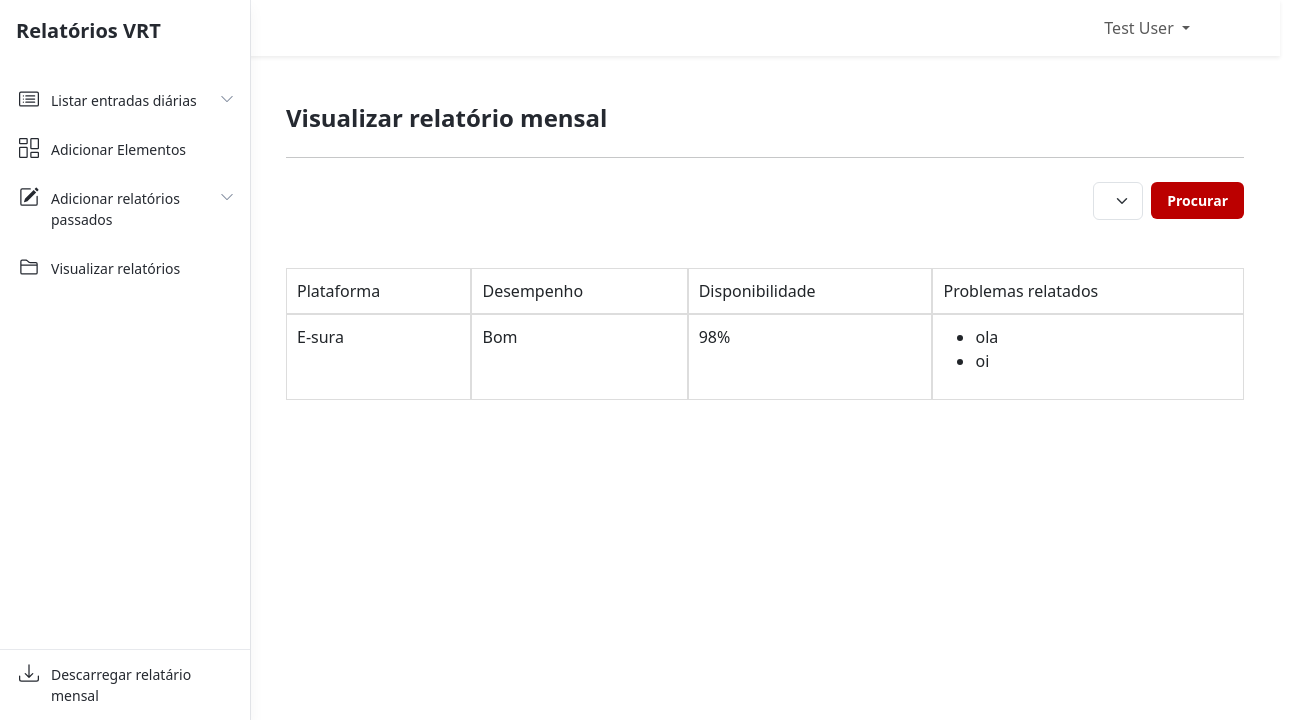
Repository: Yolanda-Marchone/Relatorios
Page: http://localhost/ver_relatorio
These files come from the project's save history. The page is drawn as it stood at one moment and after the next save; the edit follows.
The browser window is 1280 px wide. The page is 1292 px wide, so the pictures cover 1292 px, including what lies to the right of the window. The pictures show the whole page.
The page is served by the project's Laravel application, run on PHP 8.4 with Laravel 10. A made-up administrator, Test User (test@example.com), is signed in. Style sheets and scripts are compiled from the project's sources, by tool versions that may differ from the author's. Queries for data that is not in the repository find no rows.

Above is the page before, as saved 2024-05-23 11:58:48.

After the next save:
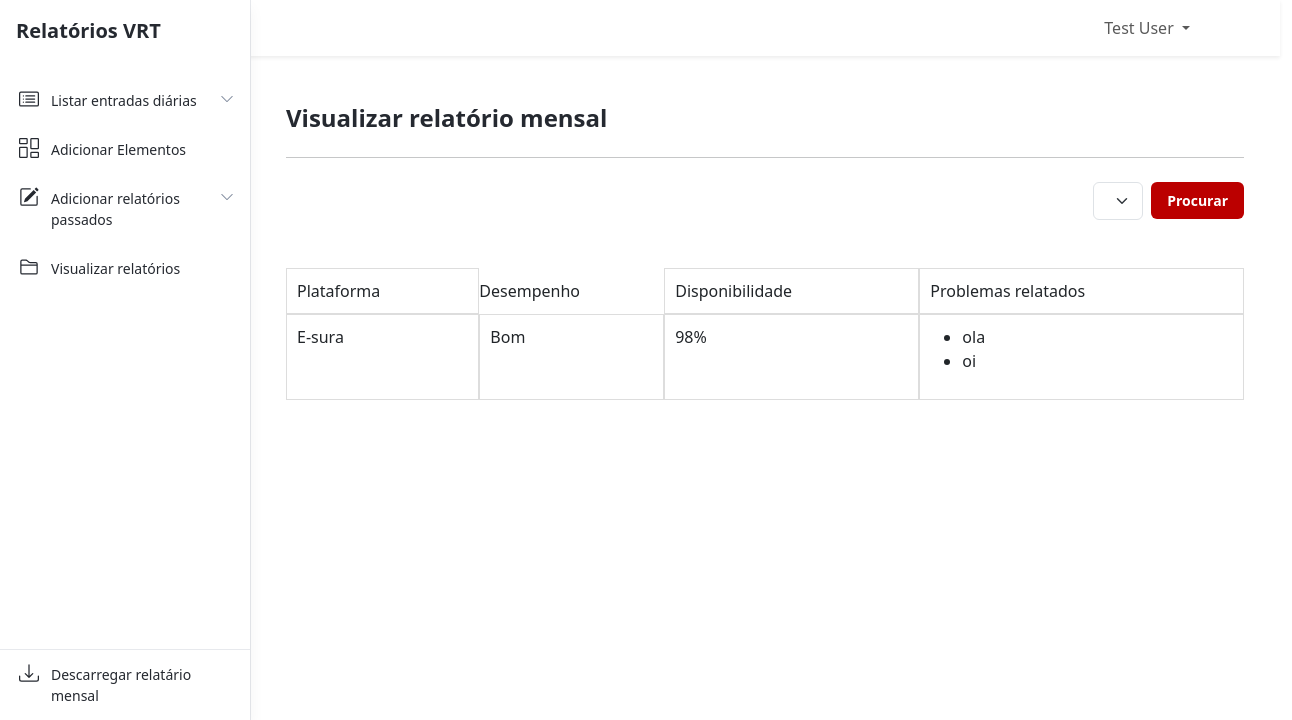
Saved 18 s later.
--- a/resources/views/layouts/ver_relatorios.blade.php
+++ b/resources/views/layouts/ver_relatorios.blade.php
@@ -51,7 +51,7 @@
     <div class="table-desktop">
         <div class="table-row">
             <div class="table-cell">Plataforma</div>
-            <div class="table-cell">Desempenho</div>
+            <div class="table-cell-cente">Desempenho</div>
             <div class="table-cell">Disponibilidade</div>
             <div class="table-cell">Problemas relatados</div>
         </div>

After the save that followed:
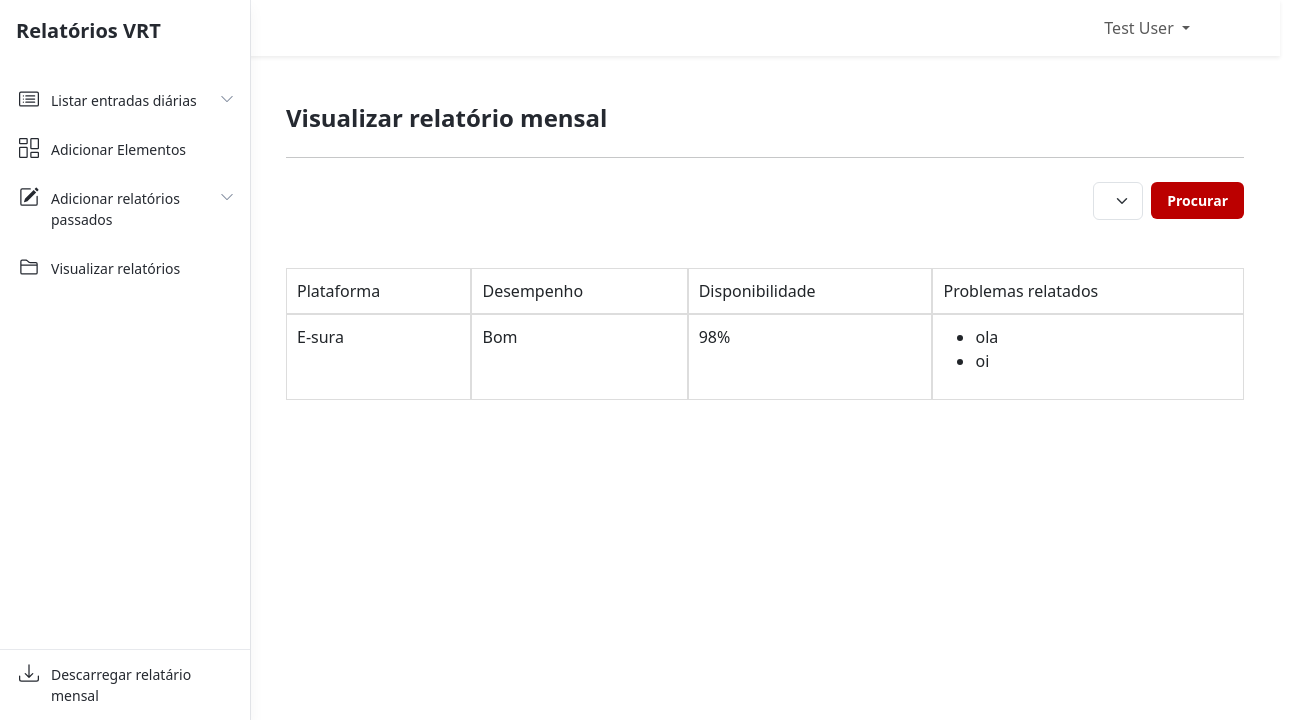
Saved 4 s later.
--- a/resources/views/layouts/ver_relatorios.blade.php
+++ b/resources/views/layouts/ver_relatorios.blade.php
@@ -51,7 +51,7 @@
     <div class="table-desktop">
         <div class="table-row">
             <div class="table-cell">Plataforma</div>
-            <div class="table-cell-cente">Desempenho</div>
+            <div class="table-cell">Desempenho</div>
             <div class="table-cell">Disponibilidade</div>
             <div class="table-cell">Problemas relatados</div>
         </div>
